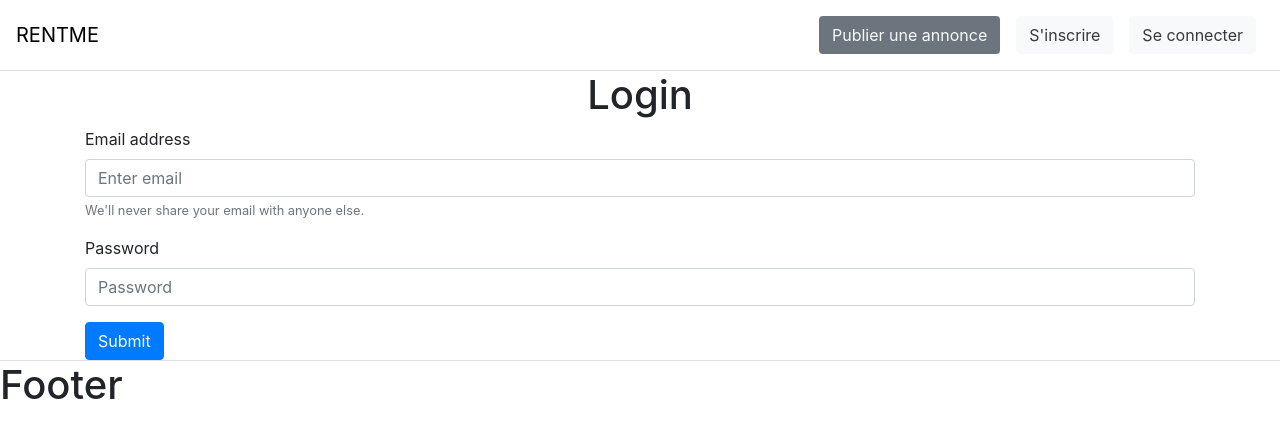
Repository: johan1412/rentme-front
Page: /login
The author's editor kept a copy of each file at every save. The page is drawn from the files as they stood at one save, then again after the next save.
The browser window is 1280 px wide. The pictures show the whole page.
The page's requests for data from a server got no answer. The project was rebuilt for these pictures with package versions that can differ from the ones it lists, and the page was loaded fresh each time. No one was signed in, and anything a server would have sent is missing. Also part of the build but not shown: vue.config.js, src/components/form/RegisterForm.vue, src/components/pages/common/auth/RegisterPage.vue, src/components/layout/Banner.vue, src/components/pages/common/HomePage.vue.

Above is the page before, as saved 2022-01-08 16:42:41.

### src/main.js
import Vue from "vue";
import App from "./App.vue";
import VueRouter from 'vue-router'
import LoginPage from './components/pages/common/auth/LoginPage.vue'
import RegisterPage from './components/pages/common/auth/RegisterPage.vue'
import HomePage from './components/pages/common/HomePage'
import { BootstrapVue, IconsPlugin } from 'bootstrap-vue'
import store from './vuex'

// Import Bootstrap an BootstrapVue CSS files (order is important)
import 'bootstrap/dist/css/bootstrap.css'
import 'bootstrap-vue/dist/bootstrap-vue.css'

// Make BootstrapVue available throughout your project
Vue.use(BootstrapVue)
// Optionally install the BootstrapVue icon components plugin
Vue.use(IconsPlugin)

Vue.config.productionTip = false;

Vue.use(VueRouter)


const routes = [
  { path: '/', component: HomePage },
  { path: '/login', component: LoginPage },
  { path: '/register', component: RegisterPage },
]

const router = new VueRouter({
  routes,
  history: true,
  mode: 'history'
})


new Vue({
  render: (h) => h(App),
  router,
  store
}).$mount("#app");

### src/App.vue
<template>
  <base-layout>
    <router-view />
  </base-layout>
</template>
<script>
import BaseLayout from "./components/layout/BaseLayout.vue";

export default {
  components: { BaseLayout },
  name: "App"
};
</script>

### src/components/pages/common/auth/LoginPage.vue
<template>
  <div>
    <h1 class="text-center">Login</h1>
    <LoginForm />
  </div>
</template>
<script>
import LoginForm from "../../../form/LoginForm.vue";

export default {
  components: { LoginForm },
  name: "LoginPage",
};
</script>

### src/vuex.js
import Vue from 'vue'
import Vuex from 'vuex'

Vue.use(Vuex)
const state = {
    user : null
}

const store = new Vuex.Store({
  state,
  getters:{
      user: (state) => {
          return state.user
      }
  },
  actions:{
      user(context,user){
          context.commit('user',user)
      }
  },
  mutations:{
      user(state,user){
          state.user = user
      }
  }
})

export default store

### src/components/layout/BaseLayout.vue
<template>
  <div>
    <NavBar/>
    <slot></slot>
    <Footer />
  </div>
</template>
<script>
import NavBar from "../layout/NavBar.vue";
import Footer from "../layout/Footer.vue";
import AuthService from "../../services/AuthService";
export default {
  name: "BaseLayout",
  components: {
    NavBar,
    Footer
  },
  created() {
    AuthService.getUser(localStorage.getItem('userId'))
        .then((response) => {
          this.$store.dispatch('user',response.data)
          console.log(response.data);
        })
        .catch((e) => {
          console.log(e);
        });
  },
};
</script>

### src/components/form/LoginForm.vue
<template>
    <div class="container m-auto">
      <form @submit.prevent="handleSubmit">
        <div class="form-group">
          <label for="exampleInputEmail1">Email address</label>
          <input
            type="email"
            v-model="email"
            class="form-control"
            id="exampleInputEmail1"
            aria-describedby="emailHelp"
            placeholder="Enter email"
          />
          <small id="emailHelp" class="form-text text-muted"
            >We'll never share your email with anyone else.</small
          >
        </div>
        <div class="form-group">
          <label for="exampleInputPassword1">Password</label>
          <input
            type="password"
            v-model="password"
            class="form-control"
            id="exampleInputPassword1"
            placeholder="Password"
          />
        </div>
        <button type="submit" class="btn btn-primary">Submit</button>
      </form>
    </div>
</template>

<script>
import AuthService from "../../services/AuthService";
export default {
  name: "LoginForm",
  data: () => ({
    email: "",
    password: "",
  }),
  mounted: () => {
    if(localStorage.getItem("token") !== null){
      this.$router.push('/')
    }
  },
  methods: {
    handleSubmit: function () {
      AuthService.login({ email: this.email, password: this.password })
        .then((response) => {
          localStorage.setItem("token",response.data.token)
          localStorage.setItem("userId",response.data.data.id)
          this.$store.dispatch('user',response.data.data)
          this.$router.push(this.$route.query.redirect || '/')
          console.log(response.data);
        })
        .catch((e) => {
          console.log(e);
        });
    },
  },
};
</script>

### src/components/layout/NavBar.vue
<template>
<div class="border-bottom">
  <b-navbar toggleable="lg" type="light" variant="white">
    <b-navbar-brand class="fw-bold"><router-link class="home-link" to="/">RENTME</router-link></b-navbar-brand>
    <b-collapse id="nav-collapse" is-nav>
      <b-navbar-nav v-if="!user" class="ml-auto">
        <b-nav-item><router-link class="btn bg-secondary text-light" to="#">Publier une annonce</router-link></b-nav-item>
        <b-nav-item><router-link class="btn bg-light text-dark" to="register">S'inscrire</router-link></b-nav-item>
        <b-nav-item><router-link class="btn bg-light text-dark" to="login">Se connecter</router-link></b-nav-item>
      </b-navbar-nav>
      <b-navbar-nav v-else class="ml-auto">
        <b-nav-item><router-link class="btn bg-secondary text-light" to="#">Publier une annonce</router-link></b-nav-item>
        <b-nav-item><router-link class="btn bg-secondary text-light" to="#">Mon compte</router-link></b-nav-item>
        <b-nav-item v-on:click="logout"><router-link class="btn bg-light text-dark" to="/">se déconnecter</router-link></b-nav-item>
      </b-navbar-nav>
    </b-collapse>
  </b-navbar>
</div>
</template>
<script>
import {mapGetters} from 'vuex'
export default {
  name: "NavBar",
  methods:{
    logout(){
      localStorage.removeItem('token')
      this.$store.dispatch('user',null)
      this.$router.push('/')
    }
  },
  computed:{
    ...mapGetters(['user'])
  }
};
</script>
<style scoped>
.home-link:hover{
  text-decoration: none;
}
.home-link{
  color :black;
}
</style>

### src/components/layout/Footer.vue
<template>
  <footer class="border-top">
    <h1>Footer</h1>
  </footer>
</template>
<script>
export default {
  name: "Footer",
};
</script>

### src/services/AuthService.js
import axios from "axios";

axios.defaults.baseURL =  "https://localhost:8443/"
const headers = {
  "Content-type": "application/json"
 }

const login = async data => {
  return await axios.post("authentication_token", data , {headers});
};

const register = async data => {
  return await axios.post("users", data , {headers});
};

const getUser = async (id) => {
  return await axios.get(`users/${id}`, headers);
};
export default {
  register,
  login,
  getUser
};

Loaded but not shown: public/index.html (common file)

After the next save:
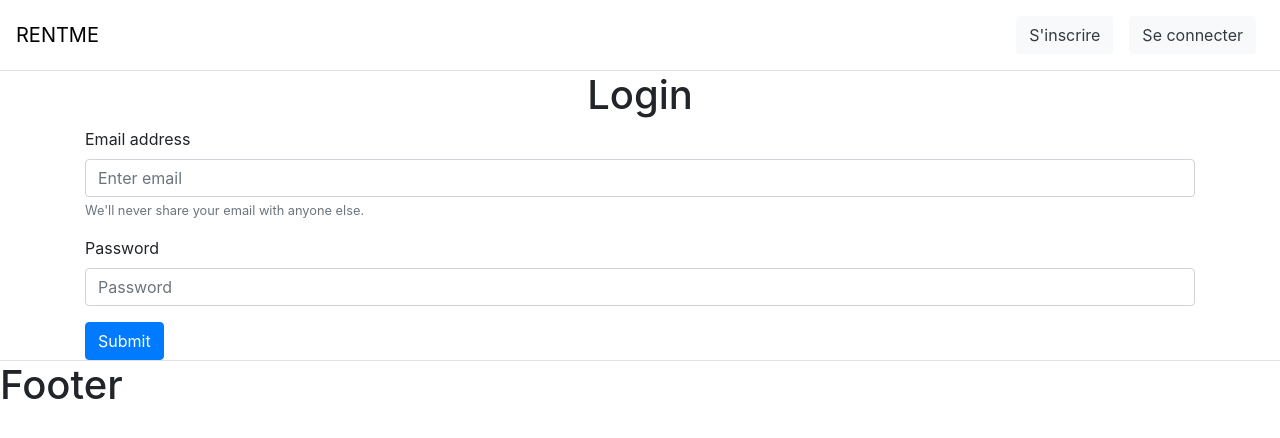
Saved 16 min 6 s later.
--- a/src/components/layout/NavBar.vue
+++ b/src/components/layout/NavBar.vue
@@ -4,7 +4,6 @@
     <b-navbar-brand class="fw-bold"><router-link class="home-link" to="/">RENTME</router-link></b-navbar-brand>
     <b-collapse id="nav-collapse" is-nav>
       <b-navbar-nav v-if="!user" class="ml-auto">
-        <b-nav-item><router-link class="btn bg-secondary text-light" to="#">Publier une annonce</router-link></b-nav-item>
         <b-nav-item><router-link class="btn bg-light text-dark" to="register">S'inscrire</router-link></b-nav-item>
         <b-nav-item><router-link class="btn bg-light text-dark" to="login">Se connecter</router-link></b-nav-item>
       </b-navbar-nav>
